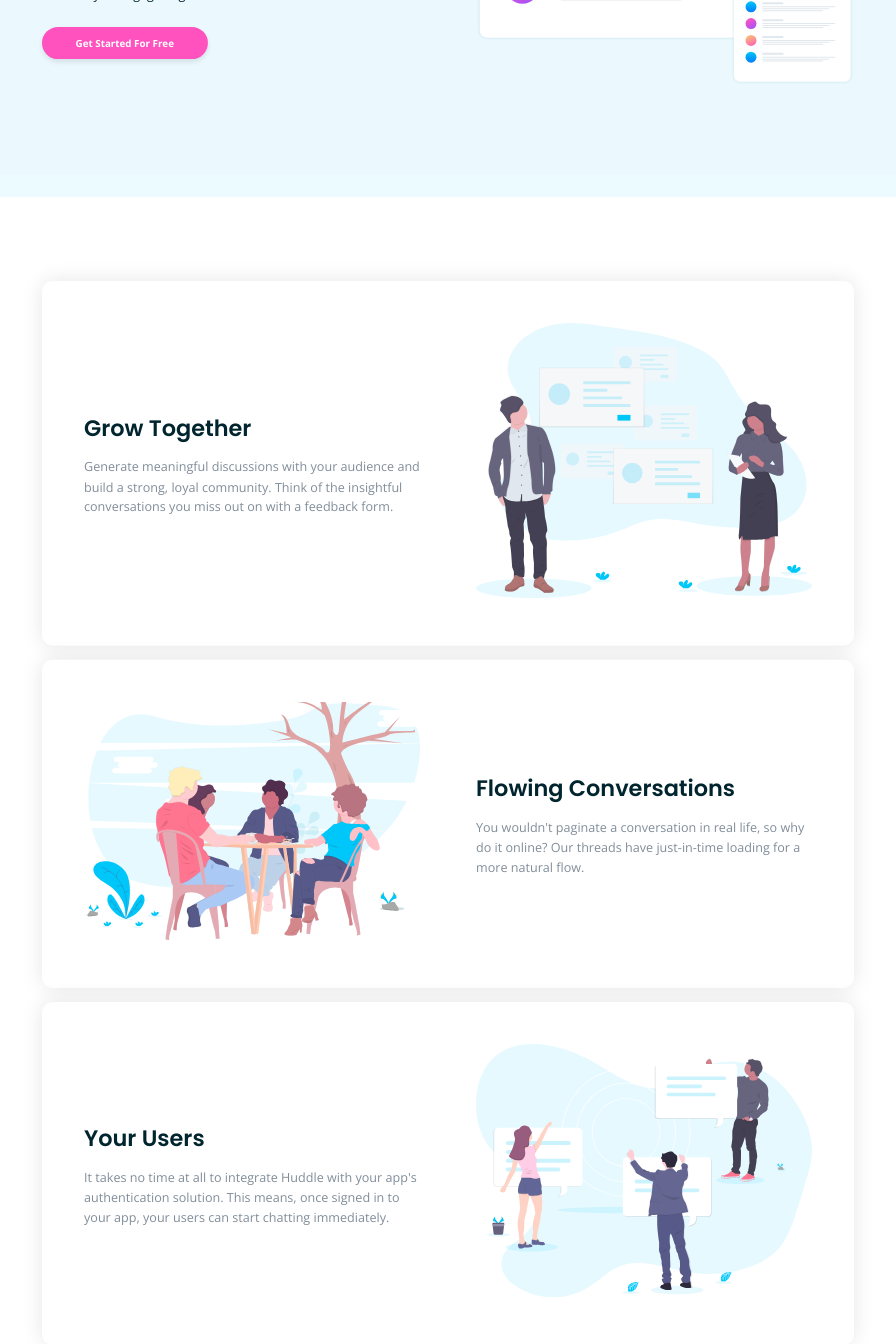
Repository: blordeus/huddle-landing-page
Page: index.html
The author's editor kept a copy of each file at every save. The page is drawn from the files as they stood at one save, then again after the next save.
The browser window is 1280 px wide. The pictures show the part of the page from y = 438 to 2358 px (the page is 3338 px tall before and 3305 px after), at 70% of full size.

Above is the page before, as saved 2025-07-01 11:27:16.

### index.html
<!DOCTYPE html>
<html lang="en">
<head>
  <meta charset="UTF-8">
  <meta name="viewport" content="width=device-width, initial-scale=1.0">
  <link rel="icon" type="image/png" sizes="32x32" href="./images/favicon-32x32.png">
  <title>Frontend Mentor | Huddle landing page with alternating feature blocks</title>

  <!-- Google Fonts -->
  <link rel="preconnect" href="https://fonts.googleapis.com">
  <link rel="preconnect" href="https://fonts.gstatic.com" crossorigin>
  <link href="https://fonts.googleapis.com/css2?family=Poppins:wght@600&family=Open+Sans:wght@400;700&display=swap" rel="stylesheet">
  <link rel="stylesheet" type="text/css" href="styles.css" />

  <!-- Font Awesome for social icons -->
  <link rel="stylesheet" href="https://cdnjs.cloudflare.com/ajax/libs/font-awesome/6.0.0/css/all.min.css">
</head>

<body>
  <div class="bg-wrapper">
  <!-- Header -->
  <header class="header">
    <div class="container">
      <div class="header-content">
        <img src="./images/logo.svg" alt="Logo">
        <a href="#" class="btn btn-outline">Try It Free</a>
      </div>
    </div>
  </header>

  <!-- Hero Section -->
  <section class="hero">
    <div class="container">
      <div class="hero-content">
        <div class="hero-text">
          <h1>Build The Community Your Fans Will Love</h1>
          <p>Huddle re-imagines the way we build communities. You have a voice, but so does your audience. Create connections with your users as you engage in genuine discussion.</p>
          <a href="#" class="btn">Get Started For Free</a>
        </div>
        <div class="hero-image">
          <img src="./images/illustration-mockups.svg" alt="Desktop and mobile chat interface showing community conversations">
        </div>
      </div>
    </div>
  </section>
  </div>

  <!-- Features Section -->
  <section class="features">
    <div class="container">
      <div class="feature">
        <div class="feature-content">
          <h2>Grow Together</h2>
          <p>Generate meaningful discussions with your audience and build a strong, loyal community. Think of the insightful conversations you miss out on with a feedback form.</p>
        </div>
        <div class="feature-image">
          <img src="./images/illustration-grow-together.svg" alt="Illustration of people having meaningful conversations and building community">
        </div>
      </div>

      <div class="feature">
        <div class="feature-content">
          <h2>Flowing Conversations</h2>
          <p>You wouldn't paginate a conversation in real life, so why do it online? Our threads have just-in-time loading for a more natural flow.</p>
        </div>
        <div class="feature-image">
          <img src="./images/illustration-flowing-conversation.svg" alt="Illustration of natural flowing conversation interface with seamless chat threads">
        </div>
      </div>

      <div class="feature">
        <div class="feature-content">
          <h2>Your Users</h2>
          <p>It takes no time at all to integrate Huddle with your app's authentication solution. This means, once signed in to your app, your users can start chatting immediately.</p>
        </div>
        <div class="feature-image">
          <img src="./images/illustration-your-users.svg" alt="Illustration showing easy user authentication and immediate chat access">
        </div>
      </div>
    </div>
  </section>

  <!-- Call to Action -->
  <section class="cta">
    <div class="container">
      <h2>Ready To Build Your Community?</h2>
      <a href="#" class="btn">Get Started For Free</a>
    </div>
  </section>

  <!-- Footer -->
  <footer class="footer">
    <div class="container">
      <a href="#" class="footer-logo">
            <img src="./images/logo.svg" alt="">
          </a>
      <div class="footer-content">
        <div class="footer-info">
          <div class="contact-info">
            <div class="contact-item">
              <img src="./images/icon-location.svg" alt="">
              <p>Lorem ipsum dolor sit amet, consectetur adipiscing elit, sed do eiusmod tempor incididunt ut labore et dolore magna aliqua</p>
            </div>
            <div class="contact-item">
              <img src="./images/icon-phone.svg" alt="">
              <p>+1-543-123-4567</p>
            </div>
            <div class="contact-item">
              <img src="./images/icon-email.svg" alt="">
              <p>example@huddle.com</p>
            </div>
          </div>
        </div>

        <div class="footer-links">
          <a href="#">About Us</a>
          <a href="#">What We Do</a>
          <a href="#">FAQ</a>
        </div>

        <div class="footer-links">
          <a href="#">Career</a>
          <a href="#">Blog</a>
          <a href="#">Contact Us</a>
        </div>

        <div class="social-icons">
          <a href="#" class="social-icon" aria-label="Facebook">
            <i class="fab fa-facebook-f"></i>
          </a>
          <a href="#" class="social-icon" aria-label="Twitter">
            <i class="fab fa-twitter"></i>
          </a>
          <a href="#" class="social-icon" aria-label="Instagram">
            <i class="fab fa-instagram"></i>
          </a>
        </div>
      </div>

      <div class="copyright">
        <p>&copy; Copyright 2018 Huddle. All rights reserved.</p>
      </div>
    </div>

    <p class="attribution">
      Challenge by <a href="https://www.frontendmentor.io?ref=challenge" target="_blank">Frontend Mentor</a>.
      Coded by <a href="#">Your Name Here</a>.
    </p>
  </footer>
</body>
</html>

### styles.css
    * {
      margin: 0;
      padding: 0;
      box-sizing: border-box;
    }

    body {
      font-family: 'Open Sans', sans-serif;
      font-size: 18px;
      line-height: 1.6;
      color: hsl(192, 100%, 9%);
    }

    .container {
      max-width: 1200px;
      margin: 0 auto;
      padding: 0 20px;
    }

    .bg-wrapper {
      background: hsl(193, 100%, 96%);
      min-height: 100vh;
      position: relative;
    }

    /* Header */
    .header {
      background: hsl(193, 100%, 96%);
      padding: 24px 0;
    }

    .header-content {
      display: flex;
      justify-content: space-between;
      align-items: center;
    }

    .header-content img {
      height: 40px;
    }

    .btn {
      background: hsl(322, 100%, 66%);
      color: white;
      border: none;
      padding: 12px 48px;
      border-radius: 24px;
      font-family: 'Open Sans', sans-serif;
      font-weight: 700;
      font-size: 14px;
      cursor: pointer;
      text-decoration: none;
      display: inline-block;
      transition: opacity 0.3s ease;
      box-shadow: 0 4px 8px rgba(0, 0, 0, 0.1);
    }

    .btn:hover {
      opacity: 0.8;
    }

    .btn-outline {
      background: white;
      box-shadow: 0 4px 8px rgba(0, 0, 0, 0.1);
      color: #00252E;
    }

    .btn-outline:hover {
      color: #808E9A;
    }

    /* Hero Section */
    .hero {
      background: hsl(199, 100%, 96%);
      padding: 80px 0 120px;
    }

    .hero-content {
      display: grid;
      grid-template-columns: 1fr 1fr;
      gap: 80px;
      align-items: center;
    }

    .hero-text h1 {
      font-family: 'Poppins', sans-serif;
      font-weight: 600;
      font-size: 48px;
      line-height: 1.2;
      margin-bottom: 24px;
      color: hsl(192, 100%, 9%);
    }

    .hero-text p {
      font-size: 18px;
      color: hsl(192, 100%, 9%);
      margin-bottom: 32px;
      line-height: 1.6;
    }

    .hero-image {
      text-align: center;
    }

    .hero-image img {
      max-width: 100%;
      height: auto;
    }

    /* Features Section */
    .features {
      padding: 120px 0;
    }

    .feature {
      display: grid;
      grid-template-columns: 1fr 1fr;
      gap: 80px;
      align-items: center;
      margin-bottom: 20px;
      background: white;
      padding: 60px;
      border-radius: 16px;
      box-shadow: 0 0 30px rgba(0, 0, 0, 0.1);
    }

    .feature:nth-child(even) .feature-content {
      order: 2;
    }

    .feature:nth-child(even) .feature-image {
      order: 1;
    }

    .feature h2 {
      font-family: 'Poppins', sans-serif;
      font-weight: 600;
      font-size: 32px;
      margin-bottom: 16px;
      color: hsl(192, 100%, 9%);
    }

    .feature p {
      color: hsl(208, 11%, 55%);
      line-height: 1.6;
    }

    .feature-image {
      text-align: center;
    }

    .feature-image img {
      max-width: 100%;
      height: auto;
    }

    /* Call to Action */
    .cta {
      text-align: center;
      padding: 80px 0;
      background: white;
      width: 50%;
      margin: 0 auto;
      box-sizing: border-box;
      border-radius: 16px;
      box-shadow: 0 0 30px rgba(0, 0, 0, 0.1);
      position: relative;
      z-index: 2;
      transform: translateY(20%);
    }

    .cta a {
      background: hsl(322, 100%, 66%);
      color: white;
      padding: 16px 64px;
      border-radius: 24px;
      font-family: 'Open Sans', sans-serif;
      font-weight: 700;
      font-size: 14px;
      cursor: pointer;
      text-decoration: none;
      display: inline-block;
      transition: opacity 0.3s ease;
      box-shadow: 0 4px 8px rgba(0, 0, 0, 0.1);

    }

    .cta h2 {
      font-family: 'Poppins', sans-serif;
      font-weight: 600;
      font-size: 32px;
      margin-bottom: 32px;
      color: hsl(192, 100%, 9%);
    }

    /* Footer */
    .footer {
      background: hsl(192, 100%, 9%);
      color: white;
      padding: 120px 0 40px;
    }

    .footer-content {
      display: grid;
      grid-template-columns: 2fr 1fr 1fr 1fr;
      gap: 60px;
      margin-bottom: 40px;
    }

    .footer-logo {
      display: flex;
      align-items: center;
      gap: 8px;
      font-family: 'Poppins', sans-serif;
      font-weight: 600;
      font-size: 24px;
      color: white;
      text-decoration: none;
      margin-bottom: 24px;
    }

    .footer-logo .logo-icon {
      background: white;
      color: hsl(322, 100%, 66%);
    }

    .contact-info {
      display: flex;
      flex-direction: column;
      gap: 16px;
    }

    .contact-item {
      display: flex;
      align-items: flex-start;
      gap: 16px;
    }

    .contact-item i {
      margin-top: 4px;
      width: 16px;
    }

    .footer-links {
      display: flex;
      flex-direction: column;
      gap: 12px;
    }

    .footer-links a {
      color: white;
      text-decoration: none;
      transition: color 0.3s ease;
    }

    .footer-links a:hover {
      color: hsl(322, 100%, 66%);
    }

    .social-icons {
      display: flex;
      gap: 16px;
      justify-content: center;
    }

    .social-icon {
      width: 40px;
      height: 40px;
      border: 1px solid white;
      border-radius: 50%;
      display: flex;
      align-items: center;
      justify-content: center;
      color: white;
      text-decoration: none;
      transition: all 0.3s ease;
    }

    .social-icon:hover {
      color: hsl(322, 100%, 66%);
      border-color: hsl(322, 100%, 66%);
    }

    .copyright {
      text-align: center;
      font-size: 14px;
      color: hsl(208, 11%, 55%);
      padding-top: 40px;
      border-top: 1px solid hsl(208, 11%, 55%);
    }

    .attribution {
      font-size: 11px;
      text-align: center;
      margin-top: 20px;
    }

    .attribution a {
      color: hsl(228, 45%, 44%);
    }

    /* Responsive Design */
    @media (max-width: 768px) {
      .container {
        padding: 0 16px;
      }

      .hero {
        background-image: url('./images/bg-hero.svg');
      }

      .header-content {
        flex-direction: column;
        gap: 20px;
      }

      .hero-content {
        grid-template-columns: 1fr;
        gap: 40px;
        text-align: center;
      }

      .hero-text h1 {
        font-size: 32px;
      }

      .feature {
        grid-template-columns: 1fr;
        gap: 40px;
        padding: 40px 20px;
        text-align: center;
      }

      .feature:nth-child(even) .feature-content,
      .feature:nth-child(even) .feature-image {
        order: unset;
      }

      .footer-content {
        grid-template-columns: 1fr;
        gap: 40px;
        text-align: center;
      }

      .social-icons {
        justify-content: center;
      }

      .cta {
        margin: 0 16px;
        padding: 40px 20px;
      }

      .cta h2 {
        font-size: 24px;
      }
    }

After the next save:
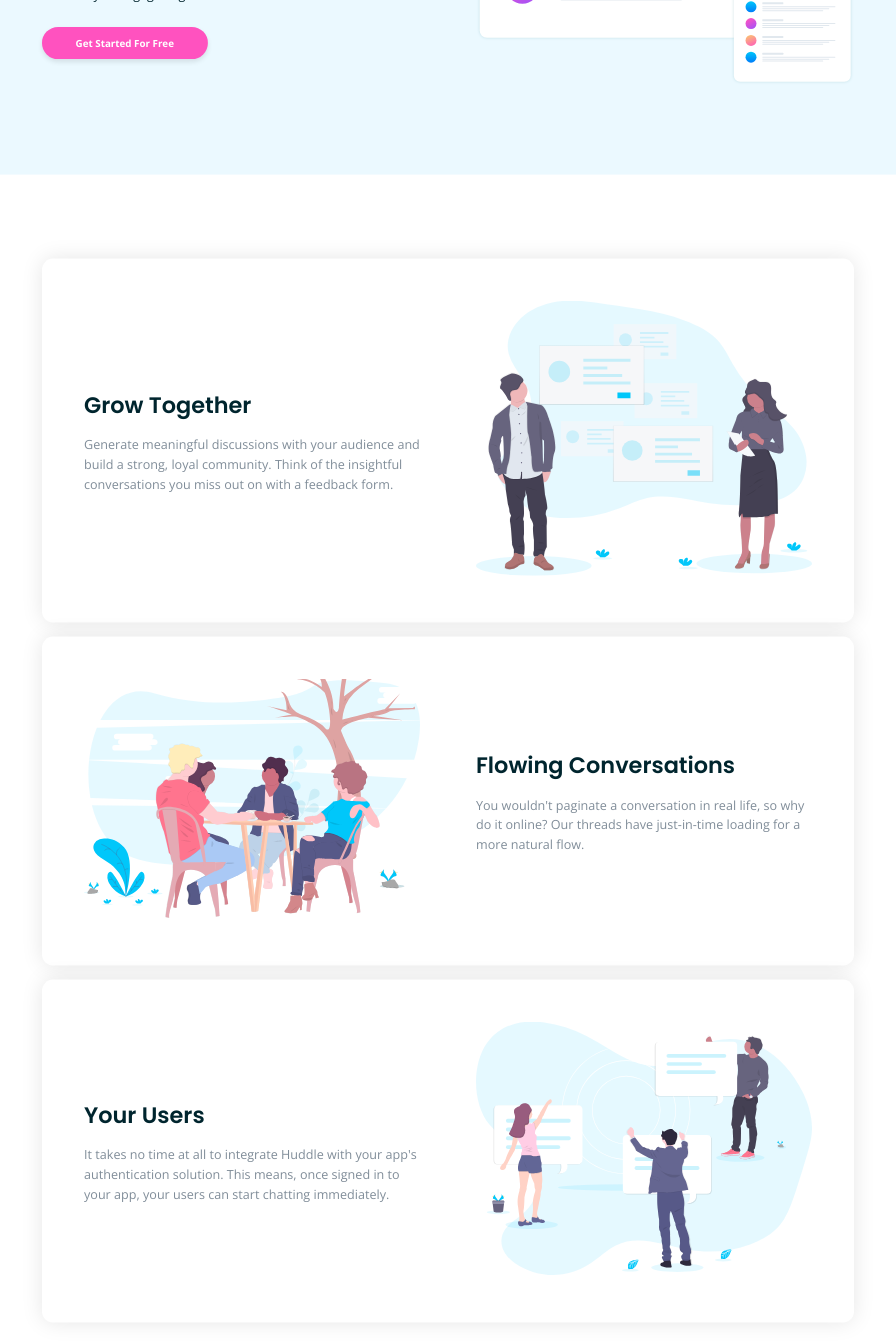
Saved 7 s later.
--- a/styles.css
+++ b/styles.css
@@ -18,9 +18,9 @@
     }
 
     .bg-wrapper {
-      background: hsl(193, 100%, 96%);
-      min-height: 100vh;
-      position: relative;
+            background-image: url('./images/bg-hero-desktop.svg');
+      background-size: cover;
+      background-position: center;
     }
 
     /* Header */
